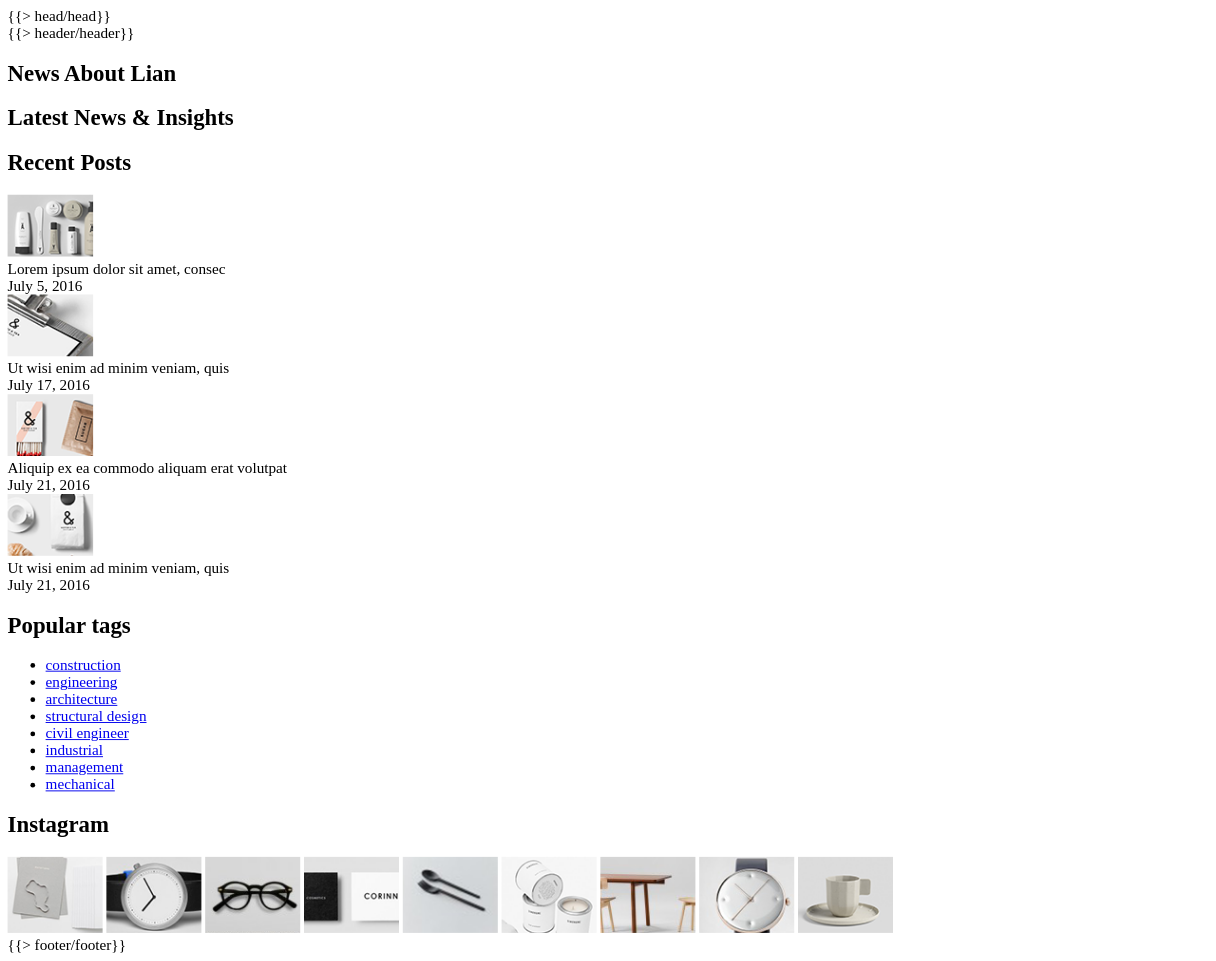
Repository: nataliiasaltan/Lian
Page: src/blog.html
The author's editor kept a copy of each file at every save. The page is drawn from the files as they stood at one save, then again after the next save.
The browser window is 1280 px wide. The pictures show the whole page, at 95% of full size.

Above is the page before, as saved 2020-05-23 13:32:20.

After the next save:
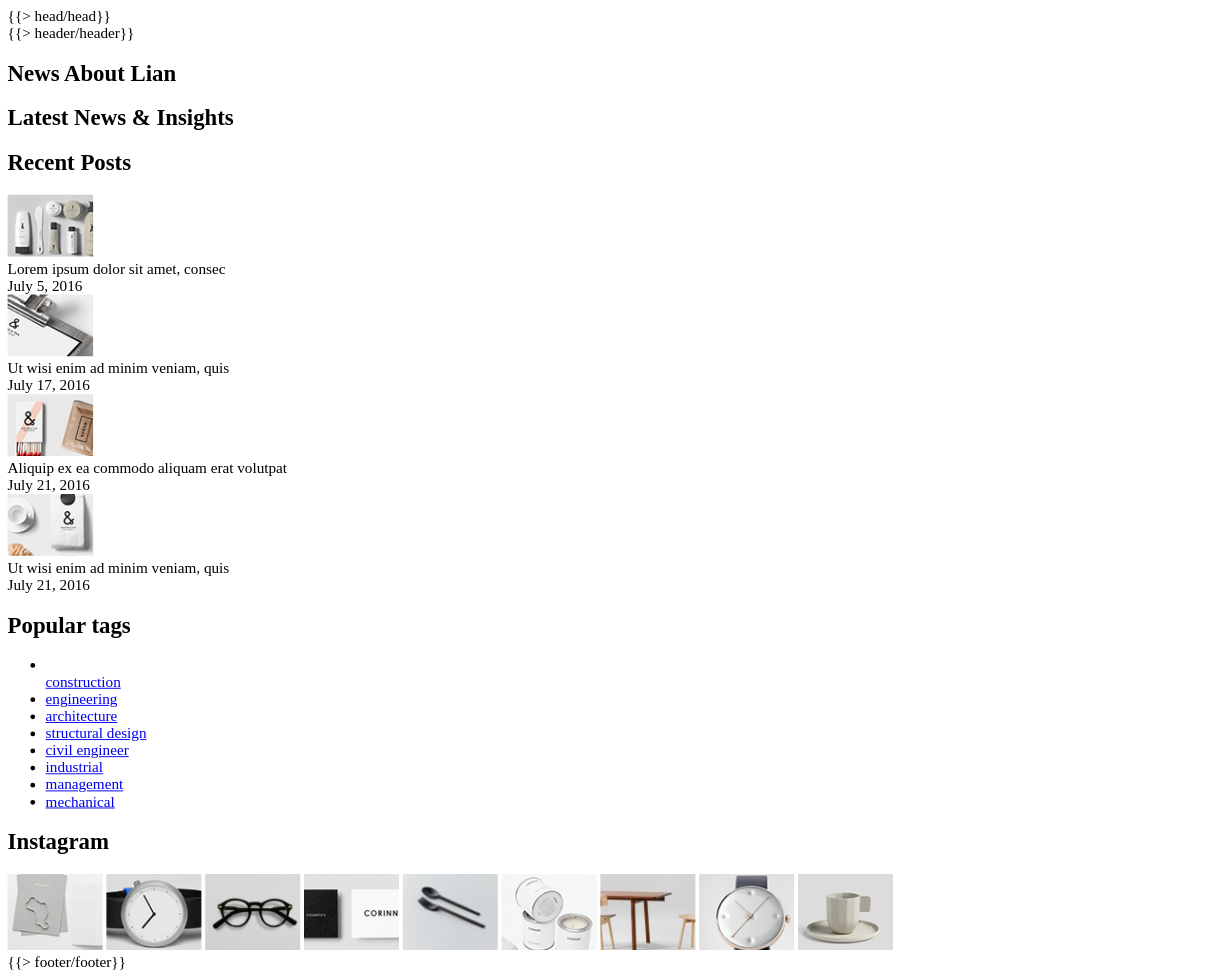
Saved 85 s later.
--- a/src/blog.html
+++ b/src/blog.html
@@ -79,7 +79,7 @@
                         <div class="aside__wrapper">
                             <h2 class="aside__head">Popular tags</h2>
                             <ul class="aside__inner wrapper">
-                                <li><a href="#" class="aside__link">construction</a></li>
+                                <li></li><a href="#" class="aside__link">construction</a></li>
                                 <li><a href="#" class="aside__link">engineering</a></li>
                                 <li><a href="#" class="aside__link">architecture</a></li>
                                 <li><a href="#" class="aside__link">structural design</a></li>

After the 3 saves that followed:
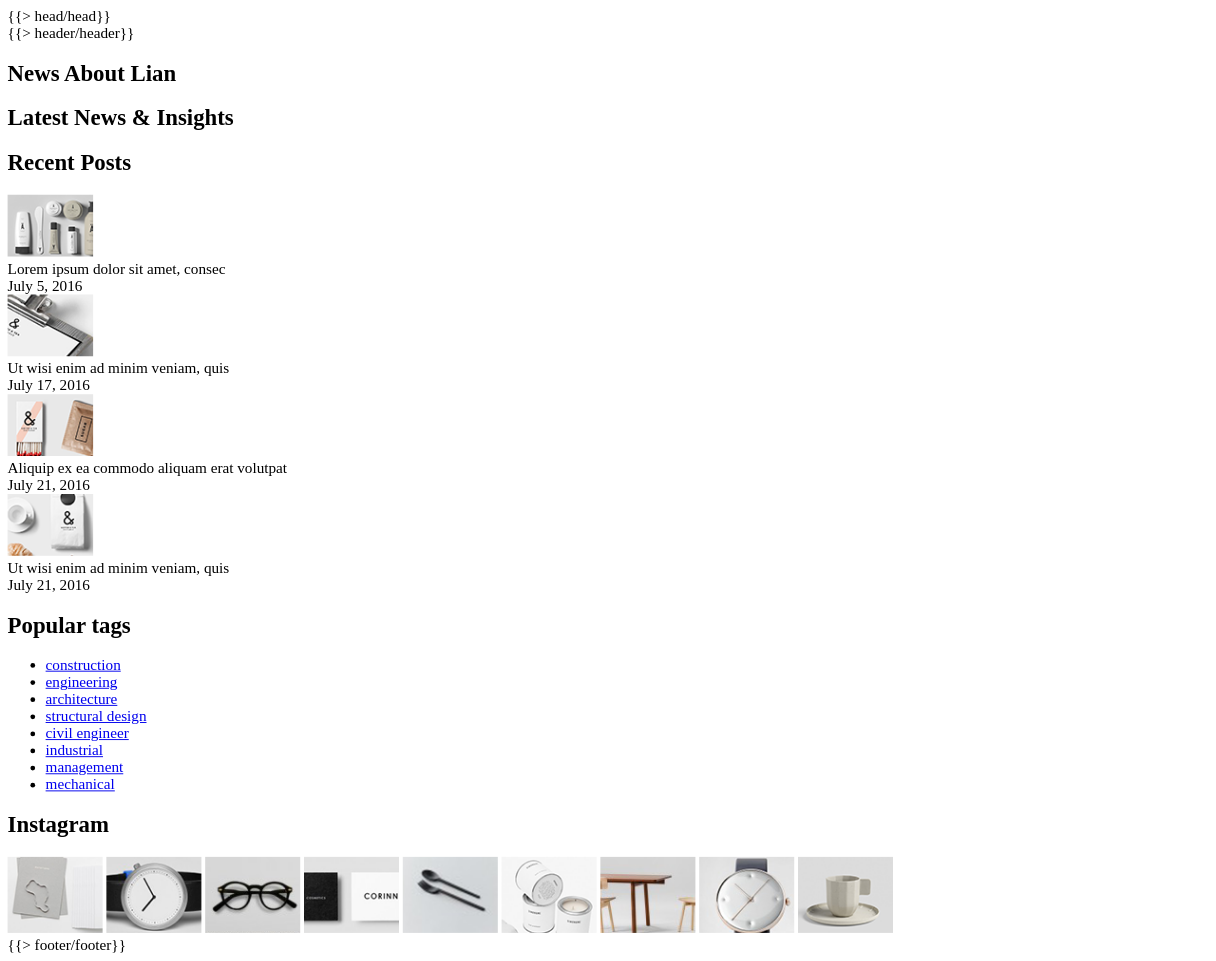
The 3 saves are shown as one change because 2 left the picture as it was.
The last was saved 6 min 43 s later.
--- a/src/blog.html
+++ b/src/blog.html
@@ -78,15 +78,15 @@
                         </div>
                         <div class="aside__wrapper">
                             <h2 class="aside__head">Popular tags</h2>
-                            <ul class="aside__inner wrapper">
-                                <li></li><a href="#" class="aside__link">construction</a></li>
-                                <li><a href="#" class="aside__link">engineering</a></li>
-                                <li><a href="#" class="aside__link">architecture</a></li>
-                                <li><a href="#" class="aside__link">structural design</a></li>
-                                <li><a href="#" class="aside__link">civil engineer</a></li>
-                                <li><a href="#" class="aside__link">industrial</a></li>
-                                <li><a href="#" class="aside__link">management</a></li>
-                                <li><a href="#" class="aside__link">mechanical</a></li>
+                            <ul class="aside__inner wrap">
+                                <li class="aside__container"><a href="#" class="aside__link">construction</a></li>
+                                <li class="aside__container"><a href="#" class="aside__link">engineering</a></li>
+                                <li class="aside__container"><a href="#" class="aside__link">architecture</a></li>
+                                <li class="aside__container"><a href="#" class="aside__link">structural design</a></li>
+                                <li class="aside__container"><a href="#" class="aside__link">civil engineer</a></li>
+                                <li class="aside__container"><a href="#" class="aside__link">industrial</a></li>
+                                <li class="aside__container"><a href="#" class="aside__link">management</a></li>
+                                <li class="aside__container"><a href="#" class="aside__link">mechanical</a></li>
                             </ul>
                         </div>
                         <div class="aside__wrapper">
